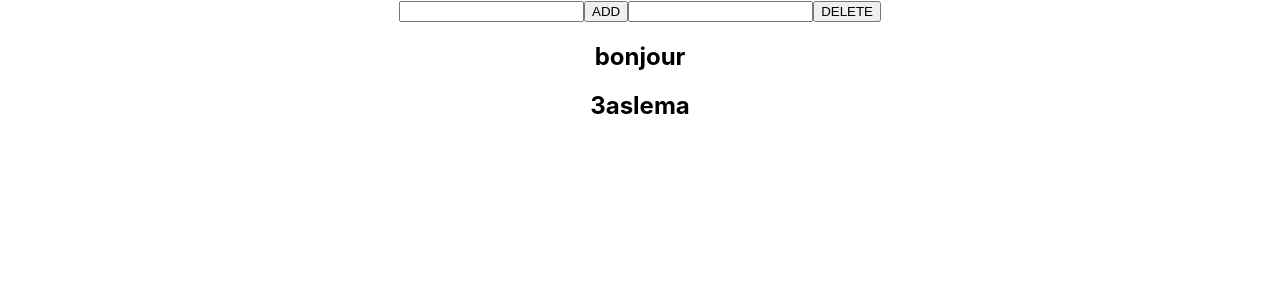
Repository: swayahskandar/State_ws
Page: / (app in corrections/WS-State-F3-Mars-master/)
An editor plug-in stored every save of this project. The page is shown before and after the next save, followed by the edit.
The browser window is 1280 px wide. The pictures show the whole page.
The project was rebuilt for these pictures with package versions that can differ from the ones it lists, and the page was loaded fresh each time.

Above is the page before, as saved 2021-05-26 11:18:08.

### corrections/WS-State-F3-Mars-master/src/App.js
import React, { Component } from "react";
import "./App.css";
import Counter from "./components/Counter";

export default class App extends Component {

   state = {
    name: "Nader",
    age: 50,
    person: {
      name1: "Skander",
    email: "skan@gmail.com",
    },
    count: 0,
    myInput: "",
     arr: ["bonjour", "3aslema"],

   };

  add = (y) => {
    this.setState({ arr: [...this.state.arr, y] });
  };

  deletes = () => {
    this.setState({ arr: [] });
  };

  handelChange = (x) => {
    this.setState({ myInput: x });
  };

  increment = () => {
    this.setState({ count: this.state.count + 1 });
  };

  decrement = () => {
    if (this.state.count > 0) {
      this.setState({ count: this.state.count - 1 });
    }
  };

  render() {
    return (
      <div className="App">

        <Counter add={this.add} />
        {this.state.arr.map((el) => (
          <h2>{el}</h2>
        ))}
      </div>
    );
  }

  render1() {
    return (
      <div className="App1">

        <Counter deletes={this.deletes} />
        {this.state.arr.map((el) => (
          <h2>{el.delete}</h2>
        ))}
      </div>
    );
  }

}

### corrections/WS-State-F3-Mars-master/src/components/Counter.js
import React, { Component } from "react";

export default class Counter extends Component {
  state = {
    text: "",
  };

  render() {
    return (
      <div>
        <input
          type="text"
          onChange={(e) => this.setState({ text: e.target.value })}
        />
        <button onClick={() => this.props.add(this.state.text)}>ADD</button>

        <input
          type="text"
          onChange={(e) => this.setState({ text: e.target.delete })}
        />
        <button onClick={() => this.props.delete(this.state.text)}>DELETE</button>
      </div>
    );
  }

}

Loaded but not shown: corrections/WS-State-F3-Mars-master/public/index.html (common file); corrections/WS-State-F3-Mars-master/src/index.js (common file); corrections/WS-State-F3-Mars-master/src/index.css (common file); corrections/WS-State-F3-Mars-master/src/reportWebVitals.js (common file); corrections/WS-State-F3-Mars-master/src/App.css (common file)

After the next save:
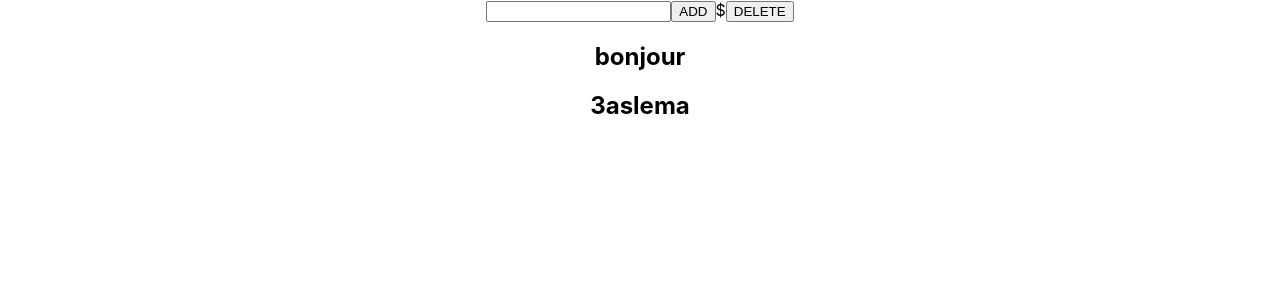
Saved 27 s later.
--- a/corrections/WS-State-F3-Mars-master/src/components/Counter.js
+++ b/corrections/WS-State-F3-Mars-master/src/components/Counter.js
@@ -12,12 +12,7 @@ export default class Counter extends Component {
           type="text"
           onChange={(e) => this.setState({ text: e.target.value })}
         />
-        <button onClick={() => this.props.add(this.state.text)}>ADD</button>
-
-        <input
-          type="text"
-          onChange={(e) => this.setState({ text: e.target.delete })}
-        />
+        <button onClick={() => this.props.add(this.state.text)}>ADD</button>$
         <button onClick={() => this.props.delete(this.state.text)}>DELETE</button>
       </div>
     );
